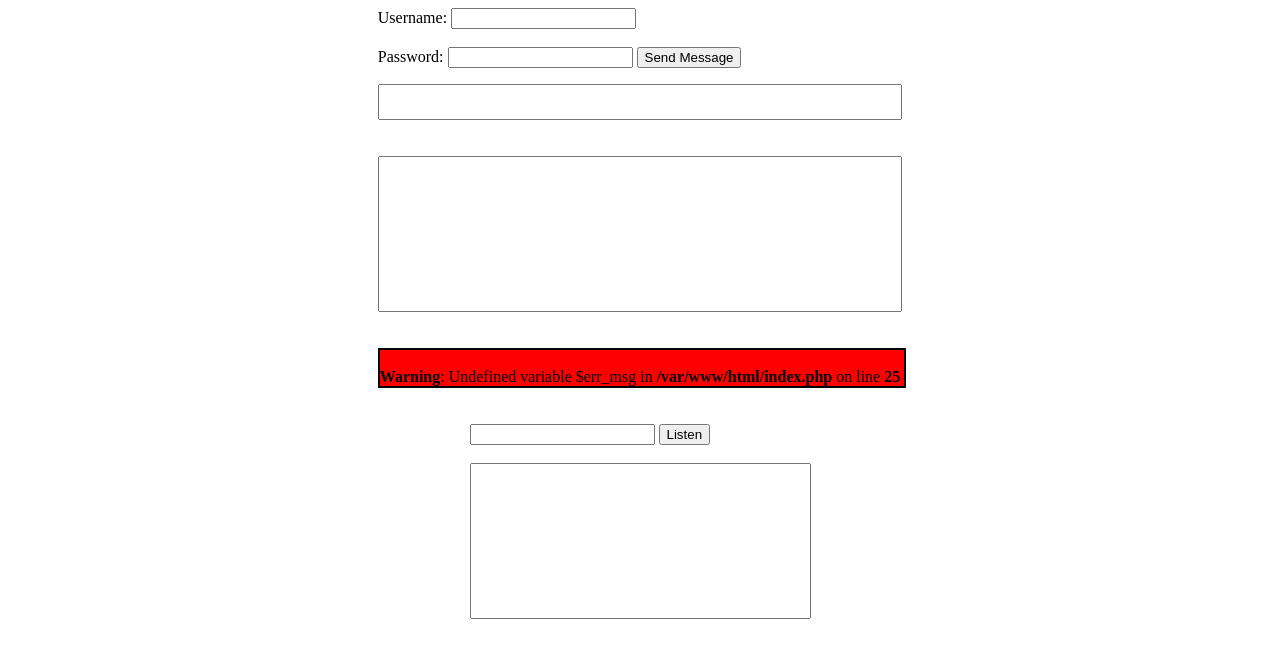
Repository: hosua/it-202
Page: http://localhost/
An editor plug-in stored every save of this project. The page is shown before and after a run of saves, followed by the edit.
The browser window is 1280 px wide. The pictures show the whole page.
The page is run by PHP 8.4 with error messages shown; the project is at /var/www/html/.

Above is the page before, as saved 2022-12-02 05:12:14.

After the next 2 saves:
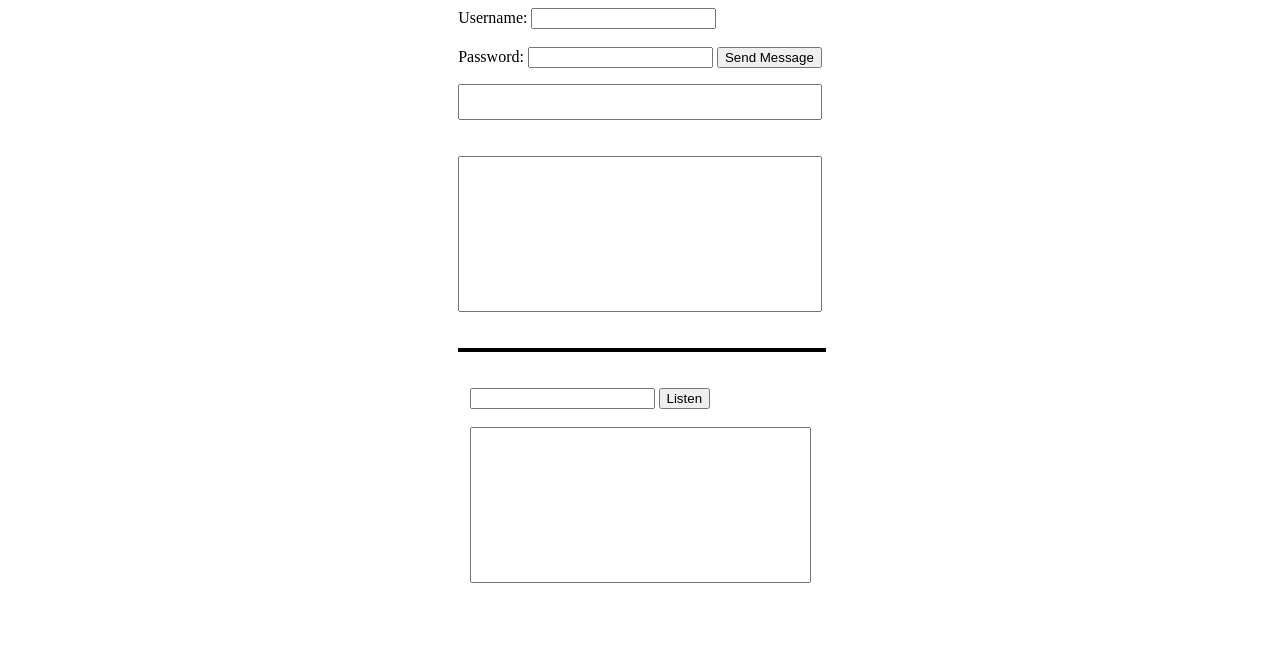
The 2 saves are shown as one change because they came seconds apart.
The last was saved 7 s later.
--- a/assign5/index.php
+++ b/assign5/index.php
@@ -22,9 +22,7 @@ ini_set("display_startup_errors", 1); // debugging
 <br> <br>
 <span class=warning id=warning>
 <?php
-if ($err_msg) {
-    echo "$err_msg";
-}
+ // error message here
 ?>
 </span>
 </div> <!-- messenger-container -->
